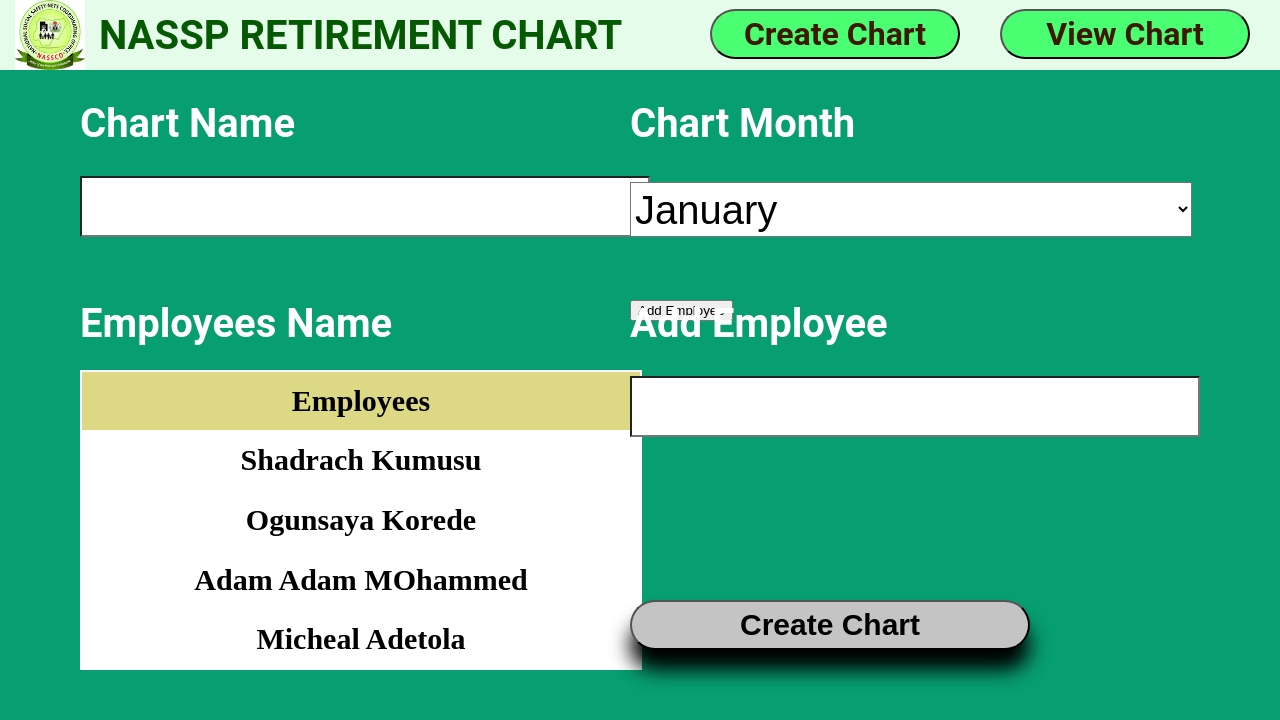
Repository: sheddy1/nasspchart
Page: http://localhost/
The author's editor kept a copy of each file at every save. The page is drawn from the files as they stood at one save, then again after the next save.
The browser window is 1280 px wide. The pictures show the whole page.
The page is run by PHP 8.4 with error messages shown; the project is at /var/www/html/. The database holds what the project's SQL file puts in it.

Above is the page before, as saved 2022-04-05 17:48:28.
Console error: SyntaxError: Unexpected token ')'

### index.php
<!DOCTYPE html>
<html lang="en">
<head>
    <meta charset="UTF-8">
    <meta http-equiv="X-UA-Compatible" content="IE=edge">
    <meta name="viewport" content="width=device-width, initial-scale=1.0">
    <title>NASSP CHART</title>
    <script src=""https://ajax.googleapis.com/ajax/libs/jquery/3.2.0/jquery.min.js></script>
    <link rel="stylesheet" href="index.css">

    <script>
       $(document).ready(function());
       var commentCount = 2;
       $(".add-employee-button").click(fucnction(){
           commentCount = commentCount + 2;
           $(".employee-div1").load("index.php",{
                commentNewCount: commentCount
           });
       });
    </script>
</head>

<body>
    <div id="header">
        <img src="images/images.jpg" class="logo-image">

        <label class="logo-text">NASSP RETIREMENT CHART</label>

        <form action="" method="POST">
            <button class="view-chart" name="view-chart">
                View Chart
            </button>

            <button class="create-chart" name="create-chart">
                Create Chart
            </button>
        </form>
    </div>

    <input type="text">

    <?php
        $page = 1;
        if(isset($_POST['view-chart']))
        {
            // echo"<script>alert('you can view chart')</script>";
            $page = 2;

        }

        if(isset($_POST['create-chart']))
        {
            //  echo"<script>alert('you can create chart')</script>";

            $page = 1;
        }

        if($page==0)
        {

        }
        else if($page == 1)
        {
            $user = "root";
            $pass = "";
            $db ="nassp";
            $db = new mysqli('localhost',$user,$pass,$db)
            or die("could not connect");

            $con1="SELECT * FROM employee ";

            $con1a = mysqli_query($db,$con1);

            $con1b  = mysqli_num_rows($con1a);

          $no1= $con1b;

            echo "
                <form method='POST' action=''>
                    <div id='chart-name'>
                        <label class='chartname1'>
                        Chart Name
                        </label>

                        <input type='text' class='chart-name-text' name='chart-name-text'>
                    </div>

                    <div id='chart-month'>
                        <label class='chartname1'>
                        Chart Month
                        </label>

                        <select name='chart-month-select'
                         class='chart-name-text'>
                            <option value='1'>January</option>
                            <option value='2'>Febuary</option>
                            <option value='3'>March</option>
                            <option value='4'>April</option>
                            <option value='5'>May</option>
                            <option value='6'>June</option>
                            <option value='7'>July</option>
                            <option value='8'>August</option>
                            <option value='9'>September</option>
                            <option value='10'>October</option>
                            <option value='11'>November</option>
                            <option value='12'>December</option>
                        </select>
                    </div>

                    <div id='employees'>
             <label class='chartname1'>
             Employees Name
             </label>

             <div class='employee-div1'>

             <table class='employees-table'>

             <tr class='employees-table-row'>
                 <th>Employees</th>
                 </tr>

             ";
             for($x = 0; $x<$no1; $x++)
             {
                 $row = mysqli_fetch_array($con1a);

                 echo"<tr class='employees-table-row1'><th>".$row['employee']."</th></tr  >";
             }
             echo"

             </table>
             </div>

         </div>

                    <input type ='submit' value='Create Chart' name='btn-chart' class='btn-chart'>

                    </form>";





            echo"
            <form method='POST' action=''>
            <div id='add-employee'>
                    <label class='chartname1'>
                    Add Employee
                    </label>

                    <input type='text'
                     class='chart-name-text' name='employee-name-text'>

                     <button type='submit' class ='add-employee-button'
                     name='add-employee-button'>
                        Add Employee
                     </button>


                </div>
                </form>
            ";



        }

        else if($page == 2)
        {

        }

        if(isset($_POST['add-employee-button']))
        {
            $employee = $_POST['employee-name-text'];

            // echo"<script>alert('the stuff is');</script>";

            $user = "root";
            $pass = "";
            $db ="nassp";
            $db = new mysqli('localhost',$user,$pass,$db)
            or die("could not connect");

            $open = "open";

            $insert_employee = "INSERT INTO employee (employee) VALUES ('$employee')";

            mysqli_query($db,$insert_employee);

            mysqli_close();

        }

        if(isset($_POST['btn-chart']))
        {

            echo"<script>alert('posted');</script>";

            $name = $_POST['chart-name-text'];

            $month = $_POST['chart-month-select'];

            $user = "root";
            $pass = "";
            $db ="nassp";
            $db = new mysqli('localhost',$user,$pass,$db)
            or die("could not connect");

            $con1="SELECT * FROM employee";

            $con1a = mysqli_query($db,$con1);

            $con1b  = mysqli_num_rows($con1a);

            $no1= $con1b;

            $open = "open";

            $closed = "closed";

            $row = mysqli_fetch_array($con1a);

            $employee = $row['employee'];

            $idnum = rand(10000,99999);


            for($x = 0; $x<$no1; $x++)
                 {
                    $row = mysqli_fetch_array($con1a);

                    $employee = $row['employee'];

                    // echo"<tr class='employees-table-row1'><th>".$row['employee']."</th></tr  >";

                    $insert_chart = "INSERT INTO employees (employee,table1,month1,id,`1`,`2`,`3`,`4`,`5`,`6`,`7`,`8`,`9`,`10`,`11`,`12`,`13`,`14`,`15`,`16`,`17`,`18`,`19`,`20`,`21`,`22`,`23`,`24`,`25`,`26`,`27`,`28`,`29`,`30`,`31`) VALUES
                    ('$employee','$name','$month','$idnum','$open','$open','$open','$open','$open','$open','$open','$open','$open','$open','$open','$open','$open','$open','$open','$open','$open','$open','$open','$open','$open','$open','$open','$open','$open','$open','$open','$open','$open','$open','$open')";

                    mysqli_query($db,$insert_chart);
                }

                header("Refresh:2");
        }

        // if(isset($_POST['chart-name-text']))
        // {
        //     echo"<script>alert('the stuff is');</script>";
        // }
    ?>
</body>
</html>

### index.css
body{
    background-color: #079E71;
}

#header{
 height: 70px;
width: 100%;
position: absolute;
left: 0px;
top: 0px;
border-radius: 0px;
background: #E5FCEA;
}

.logo-image{
    position: absolute;
width: 70px;
height: 70px;
left: 15px;
top: 0px;
}

.logo-text{
    position: absolute;
width: 700px;
height: 47px;
left: 99px;
top: 12px;

font-family: 'Roboto';
font-style: normal;
font-weight: 700;
font-size: 40px;
line-height: 47px;
/* identical to box height */


color: #055903;
}

.view-chart{
    position: absolute;
width: 250px;
height: 50px;
right: 30px;
top: 9px;

background: #4BFF73;
border-radius: 50px;

font-family: 'Roboto';
font-style: normal;
font-weight: 700;
font-size: 32px;
line-height: 38px;
/* identical to box height */


color: #3F1802;
}

.create-chart{
    position: absolute;
width: 250px;
height: 50px;
right: 320px;
top: 9px;

background: #4BFF73;
border-radius: 50px;

font-family: 'Roboto';
font-style: normal;
font-weight: 700;
font-size: 32px;
line-height: 38px;
/* identical to box height */


color: #3F1802;
}

#chart-name{
    position: absolute;
width: 570px;
height: 137px;
left: 80px;
top: 100px;
/* background-color: red; */
}

.chartname1{
    position: absolute;
left: 0px;
top: 0px;

font-family: 'Roboto';
font-style: normal;
font-weight: 700;
font-size: 40px;
line-height: 47px;
/* identical to box height */


color: #FFFFFF;
}

.chart-name-text{
    position: absolute;
width: 562px;
height: 55px;
left: 0px;
bottom: 0px;
font-size:40px;
background: #ffffff;
}

#chart-month{
    position: absolute;
width: 570px;
height: 137px;
right: 80px;
top: 100px;
/* background-color: red; */
}

#employees{
    position: absolute;
width: 570px;
height: 137px;
left: 80px;
top: 300px;
/* background-color: red; */
}

.employee-div1{
    position: absolute;
width: 562px;
height: 300px;
left: 0px;
top: 70px;
overflow: auto;
font-size: 30px;
background: #ffffff;
text-align: center;
}

.employees-table{
    text-align: center;
    width: 100%;
    height: 100%;
}

.employees-table-row{
    text-align: center;
width: 100%;
height: 50px;
background: #DCD884;
}

.employees-table-row1{
    text-align: center;
width: 100%;
height: 50px;

}

#add-employee{
    position: absolute;
width: 570px;
height: 137px;
right: 80px;
top: 300px;
/* background-color: red; */
}

#add-employee-button{
    position: absolute;
width: 400px;
height: 50px;
left: 0px;
top: 170px;
font-weight: bold;
font-size: 30px;
background: #C4C4C4;
border-radius: 50px;
box-shadow: 0px 20px 20px 0px;
}


.btn-chart{
    position: absolute;
    width: 400px;
    height: 50px;
    right: 250px;
    top: 600px;
    font-weight: bold;
    font-size: 30px;
    background: #C4C4C4;
    border-radius: 50px;
    box-shadow: 0px 20px 20px 0px;
}

### nassp.sql (the tables this page reads)
CREATE TABLE `employee` (
  `employee` varchar(50) NOT NULL
) ENGINE=InnoDB DEFAULT CHARSET=latin1;

INSERT INTO `employee` (`employee`) VALUES
('Shadrach Kumusu'),
('Ogunsaya Korede'),
('Adam Adam MOhammed'),
('Micheal Adetola');

After the next save:
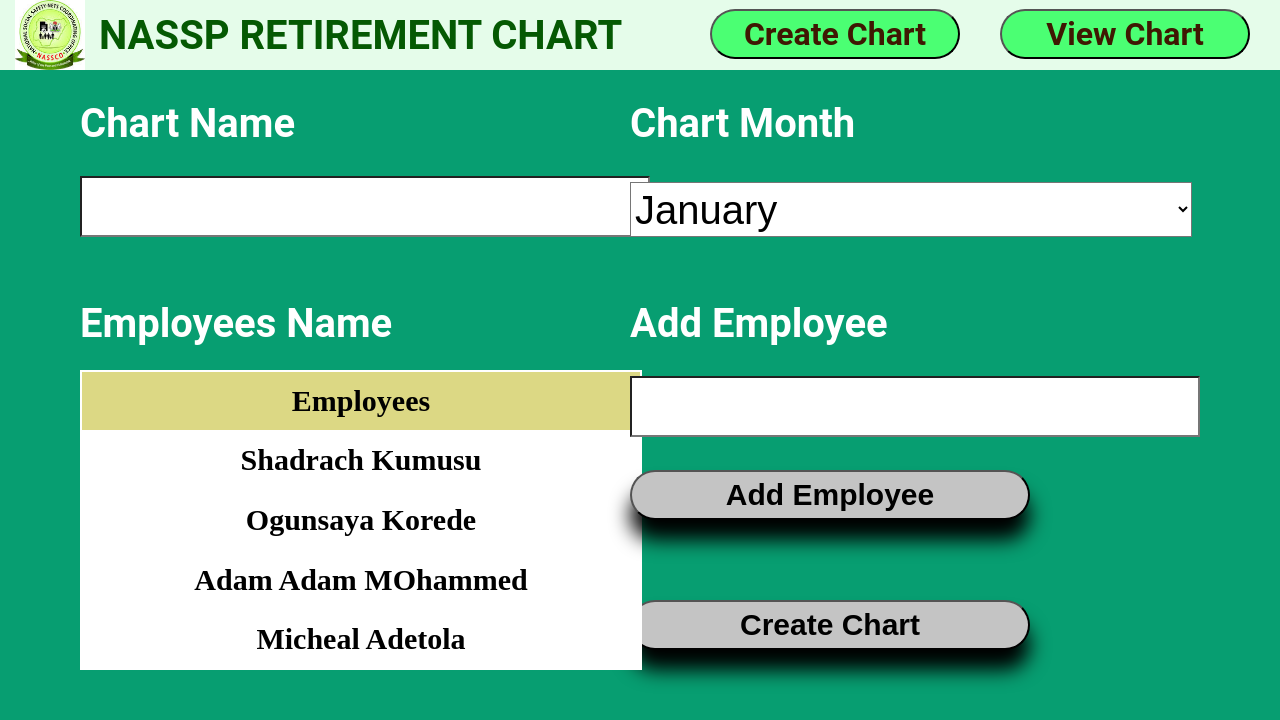
Console error: SyntaxError: Unexpected token '}'
Saved 3 min 20 s later.
--- a/index.php
+++ b/index.php
@@ -9,14 +9,18 @@
     <link rel="stylesheet" href="index.css">
 
     <script>
-       $(document).ready(function());
-       var commentCount = 2;
-       $(".add-employee-button").click(fucnction(){
-           commentCount = commentCount + 2;
-           $(".employee-div1").load("index.php",{
-                commentNewCount: commentCount
+       $(document).ready(function(){
+           $('#add-employee-button').click(function(){
+                var
            });
        });
+
+    //    $(".add-employee-button").click(fucnction(){
+    //        commentCount = commentCount + 2;
+    //        $(".employee-div1").load("index.php",{
+    //             commentNewCount: commentCount
+    //        });
+    //    });
     </script>
 </head>
 
@@ -107,32 +111,7 @@
                         </select>
                     </div>
 
-                    <div id='employees'>
-             <label class='chartname1'>
-             Employees Name
-             </label>
-
-             <div class='employee-div1'>
-
-             <table class='employees-table'>
-
-             <tr class='employees-table-row'>
-                 <th>Employees</th>
-                 </tr>
-
-             ";
-             for($x = 0; $x<$no1; $x++)
-             {
-                 $row = mysqli_fetch_array($con1a);
-
-                 echo"<tr class='employees-table-row1'><th>".$row['employee']."</th></tr  >";
-             }
-             echo"
-
-             </table>
-             </div>
-
-         </div>
+
 
                     <input type ='submit' value='Create Chart' name='btn-chart' class='btn-chart'>
 
@@ -143,6 +122,33 @@
 
 
             echo"
+            <div id='employees'>
+            <label class='chartname1'>
+            Employees Name
+            </label>
+
+            <div class='employee-div1'>
+
+            <table class='employees-table'>
+
+            <tr class='employees-table-row'>
+                <th>Employees</th>
+                </tr>
+
+            ";
+            for($x = 0; $x<$no1; $x++)
+            {
+                $row = mysqli_fetch_array($con1a);
+
+                echo"<tr class='employees-table-row1'><th>".$row['employee']."</th></tr  >";
+            }
+            echo"
+
+            </table>
+            </div>
+
+        </div>
+
             <form method='POST' action=''>
             <div id='add-employee'>
                     <label class='chartname1'>
@@ -152,7 +158,7 @@
                     <input type='text'
                      class='chart-name-text' name='employee-name-text'>
 
-                     <button type='submit' class ='add-employee-button'
+                     <button type='submit' id ='add-employee-button'
                      name='add-employee-button'>
                         Add Employee
                      </button>
